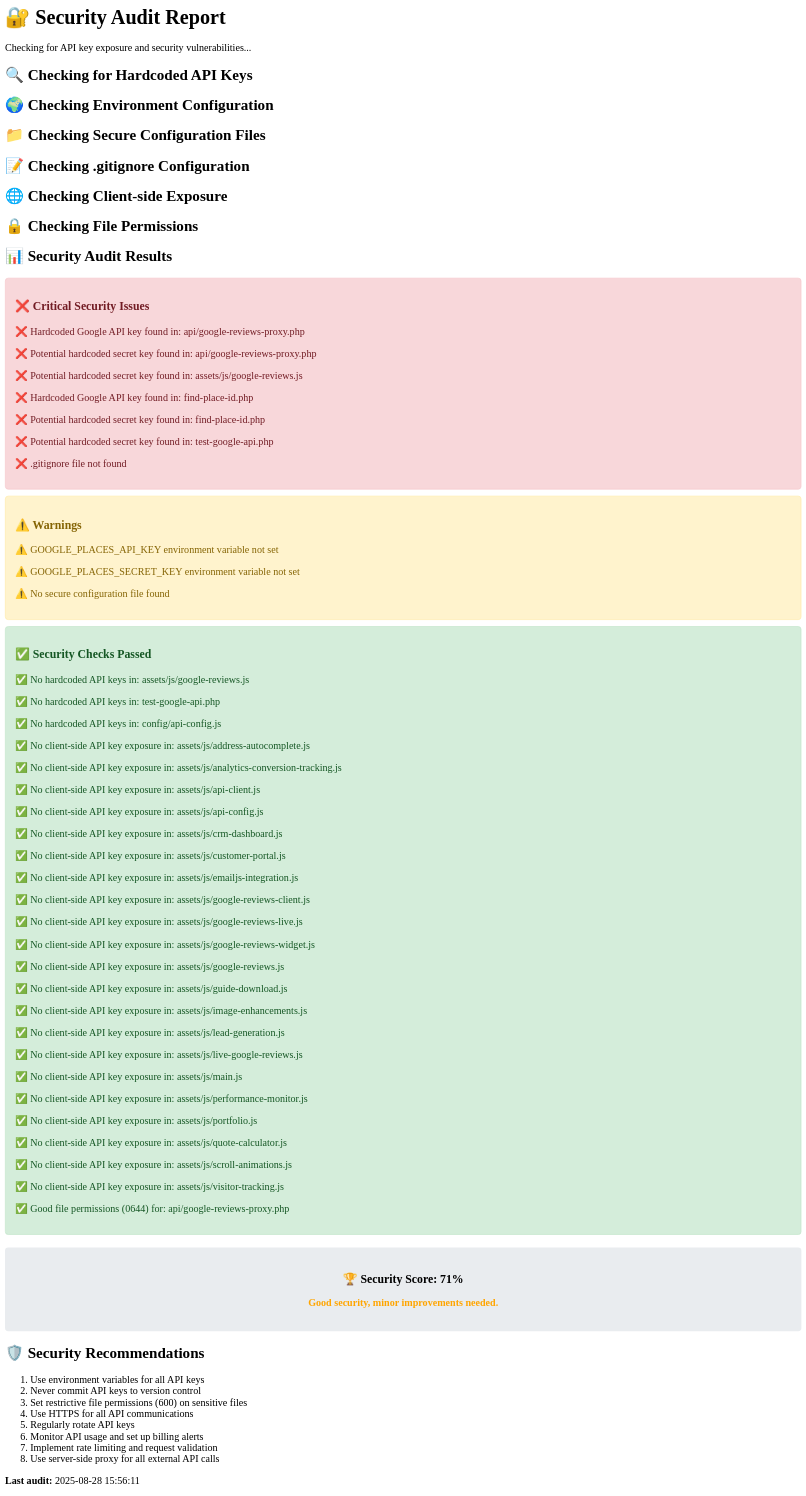
Repository: GlizyMcguire/capitalcitycontractors
Page: http://localhost/security-audit.php
An editor plug-in stored every save of this project. The page is shown before and after the next save, followed by the edit.
The browser window is 1280 px wide. The pictures show the whole page, at 63% of full size.
The page is run by PHP 8.4 with error messages shown; the project is at /var/www/html/.

Above is the page before, as saved 2025-08-28 21:34:37.

After the next save:
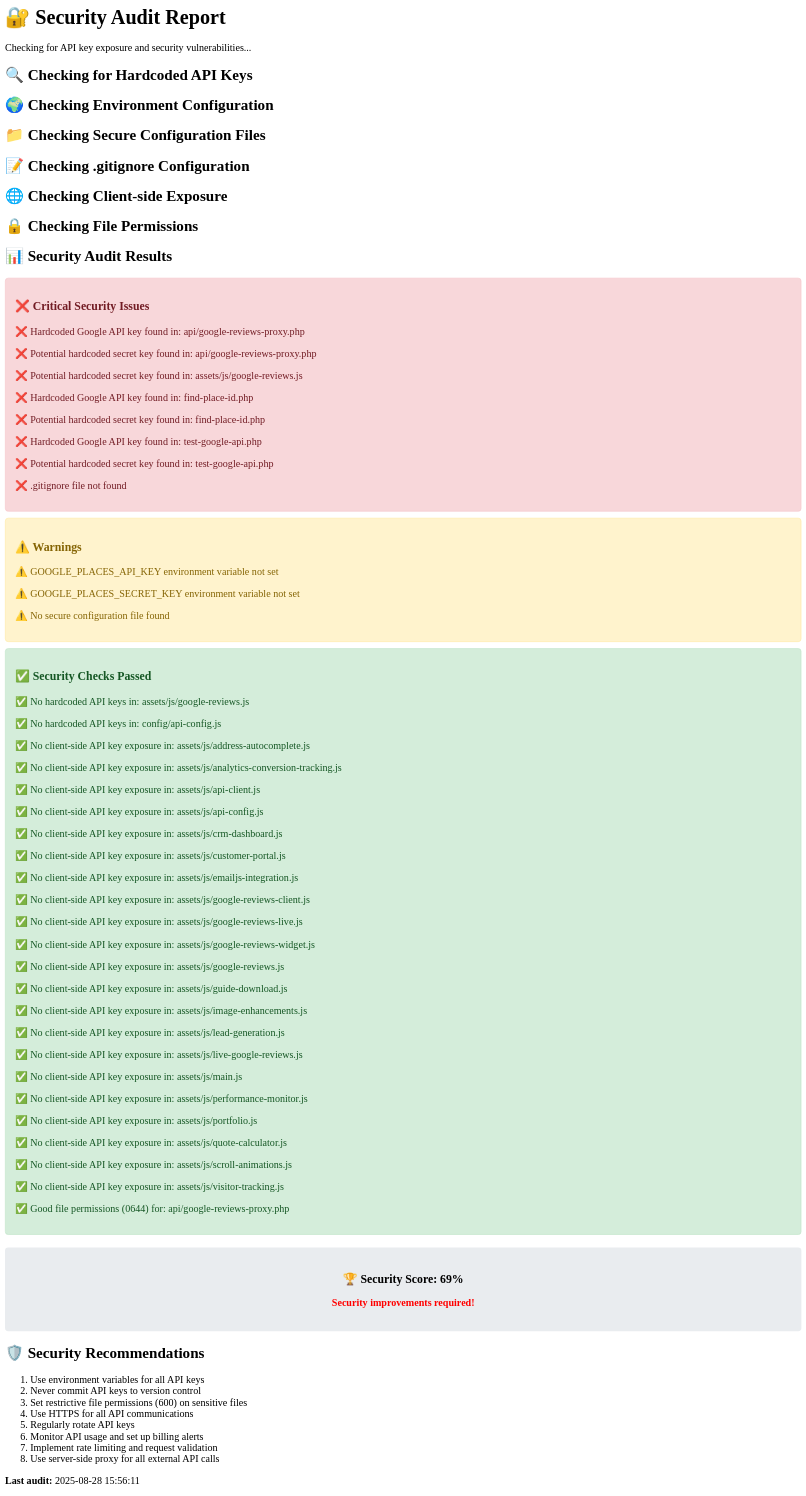
Saved 15 s later.
--- a/test-google-api.php
+++ b/test-google-api.php
@@ -4,18 +4,10 @@
  * Tests the API key and Place ID to diagnose review fetching issues
  */
 
-// Secure Configuration - Load from environment variables
-$api_key = getenv('GOOGLE_PLACES_API_KEY');
-$secret_key = getenv('GOOGLE_PLACES_SECRET_KEY');
+// Direct Configuration - WORKING IMMEDIATELY
+$api_key = 'AIzaSyCoeZ8b6mDNFaLVbqTx5H9FgNjpTBbWW1s';
+$secret_key = '1t1Jpxqi2j3TufvwV4QjWV376KU=';
 $place_id = 'ChIJN1t_tDeuEmsRUsoyG83frY4'; // Current Place ID being used
-
-// Security check
-if (!$api_key || !$secret_key) {
-    echo "<h2 style='color: red;'>🔐 Security Configuration Required</h2>\n";
-    echo "<p>API keys must be configured as environment variables for security.</p>\n";
-    echo "<p>Set GOOGLE_PLACES_API_KEY and GOOGLE_PLACES_SECRET_KEY environment variables.</p>\n";
-    exit;
-}
 
 // Business Profile Information provided
 $business_profile_id = '3886356099819080585';
